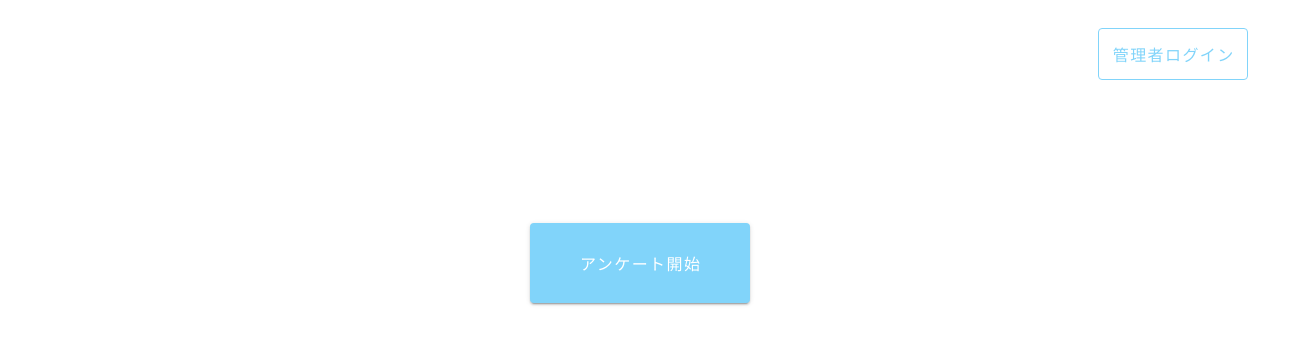
Repository: taniwhy/open-campus-system
Page: / (app in client_view/)
These files come from the project's save history. The page is drawn as it stood at one moment and after the next save; the edit follows.
The browser window is 1280 px wide. The page is 1292 px wide, so the pictures cover 1292 px, including what lies to the right of the window. The pictures show the whole page.
The project was rebuilt for these pictures with package versions that can differ from the ones it lists, and the page was loaded fresh each time. Also part of the build but not shown: client_view/vue.config.js, client_view/src/components/Branch.vue, client_view/src/components/Register.vue, client_view/src/components/Base_form.vue, client_view/src/components/Confirmation.vue, client_view/src/components/Admin.vue.

Above is the page before, as saved 2019-12-04 11:18:59.

After the next save:
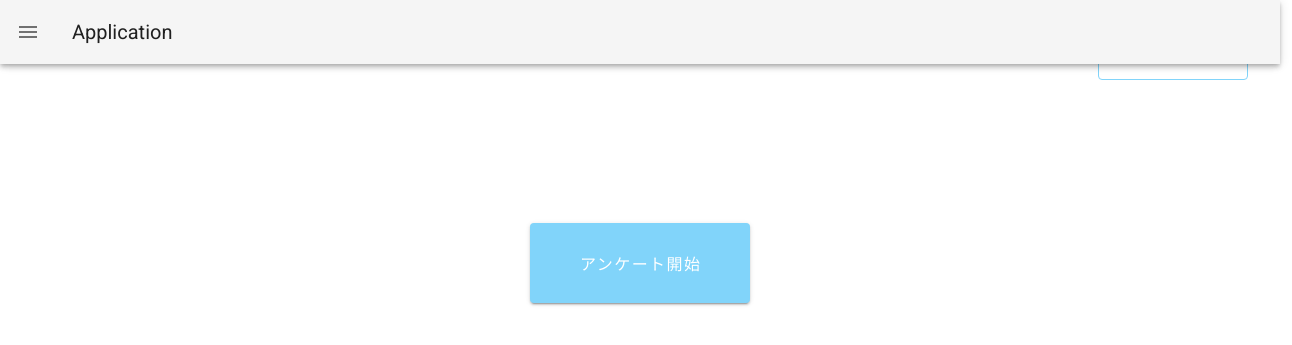
Saved 47 s later.
--- a/client_view/src/App.vue
+++ b/client_view/src/App.vue
@@ -1,5 +1,11 @@
 <template>
+  <v-app>
+    <v-app-bar app clipped-left>
+      <v-app-bar-nav-icon @click.stop="drawer = !drawer" />
+      <v-toolbar-title>Application</v-toolbar-title>
+    </v-app-bar>
     <router-view></router-view>
+  </v-app>
 </template>
 
 <script>
